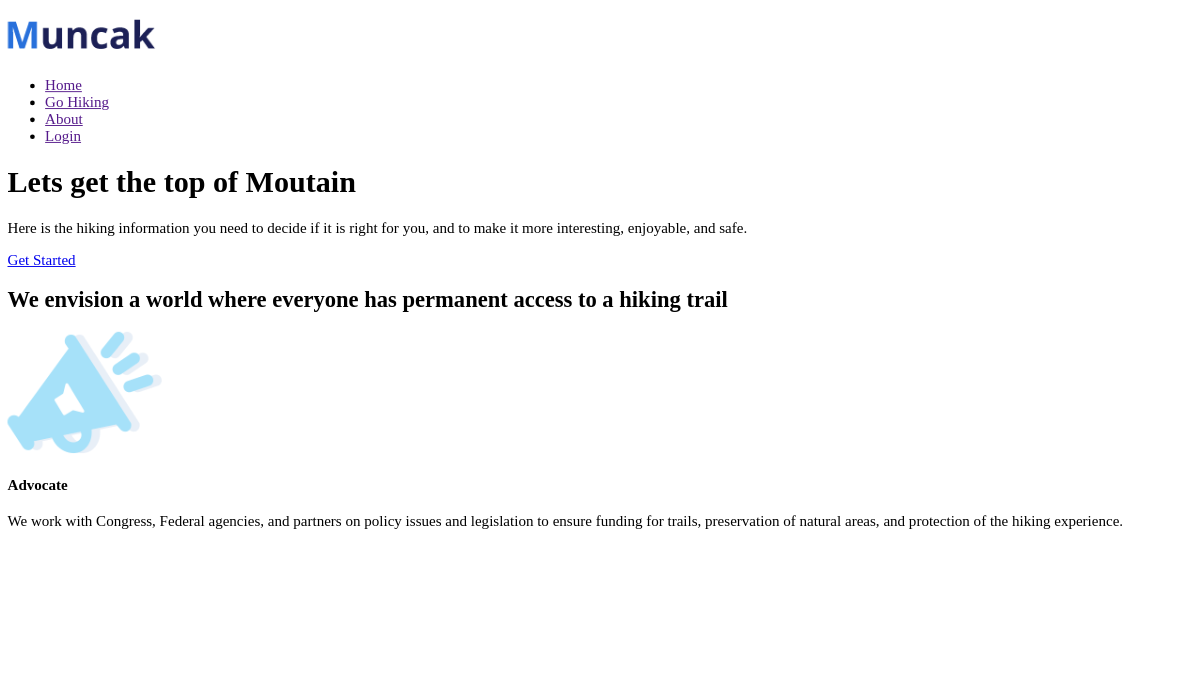
Repository: huubinh98/Project
Page: muncak/index.html
An editor plug-in stored every save of this project. The page is shown before and after the next save, followed by the edit.
The browser window is 1280 px wide. The pictures show the whole page, at 94% of full size.

Above is the page before, as saved 2021-08-28 14:27:33.

After the next save:
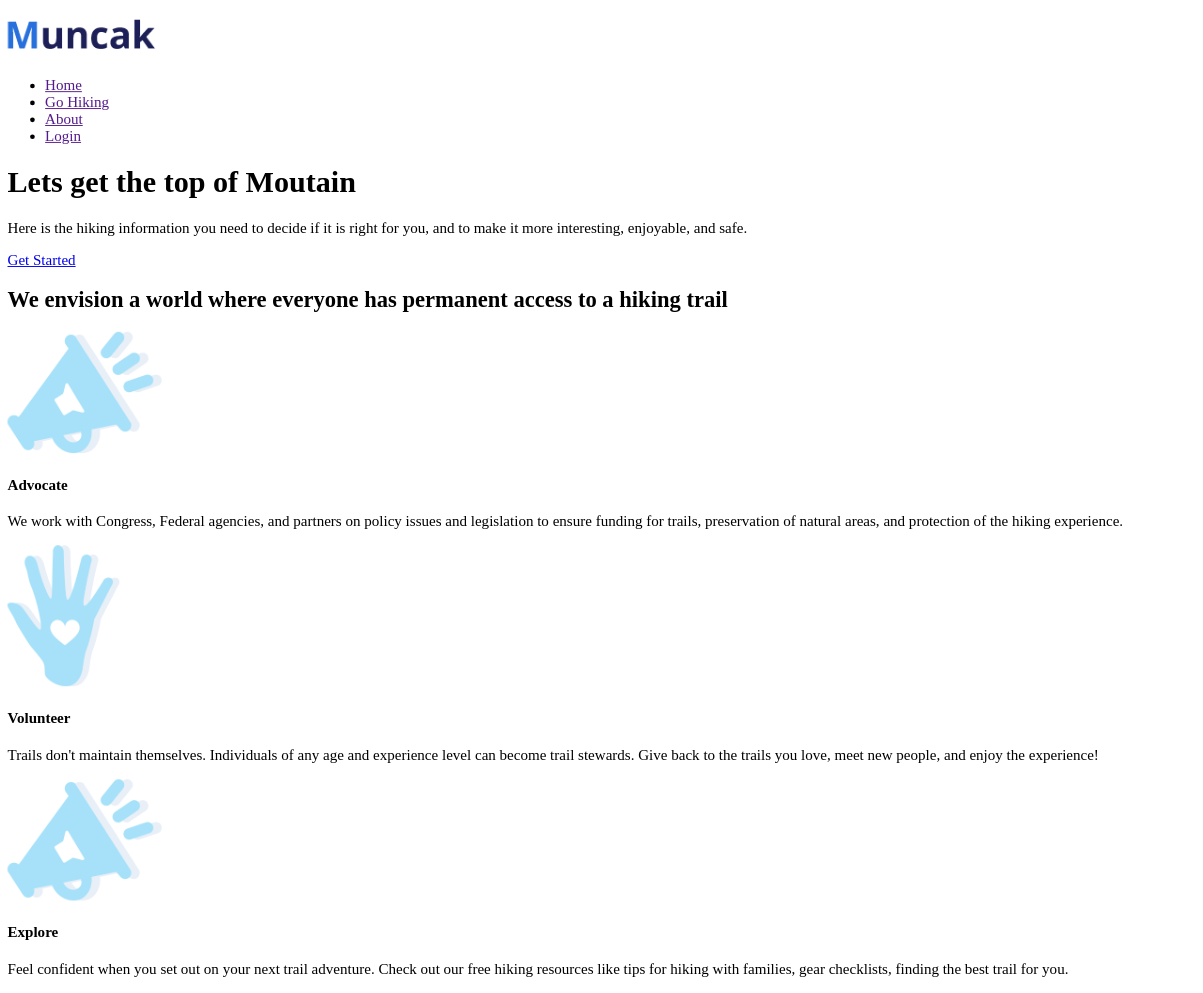
Saved 2 min 7 s later.
--- a/muncak/index.html
+++ b/muncak/index.html
@@ -53,6 +53,20 @@
                     <p class="about-content-desc">We work with Congress, Federal agencies, and partners on policy issues and legislation to ensure funding for trails, preservation of natural areas, and protection of the hiking experience.</p>
                 </div>
             </div>
+            <div class="about-item">
+                <img src="./image/bantay.png" alt="loa" class="about-img">
+                <div class="about-content">
+                    <h4 class="about-content-heading">Volunteer </h4>
+                    <p class="about-content-desc">Trails don't maintain themselves. Individuals of any age and experience level can become trail stewards. Give back to the trails you love, meet new people, and enjoy the experience!</p>
+                </div>
+            </div>
+            <div class="about-item">
+                <img src="./image/loa.png" alt="loa" class="about-img">
+                <div class="about-content">
+                    <h4 class="about-content-heading">Explore</h4>
+                    <p class="about-content-desc">Feel confident when you set out on your next trail adventure. Check out our free hiking resources like tips for hiking with families, gear checklists, finding the best trail for you.</p>
+                </div>
+            </div>
         </div>
     </section>
 </body>
